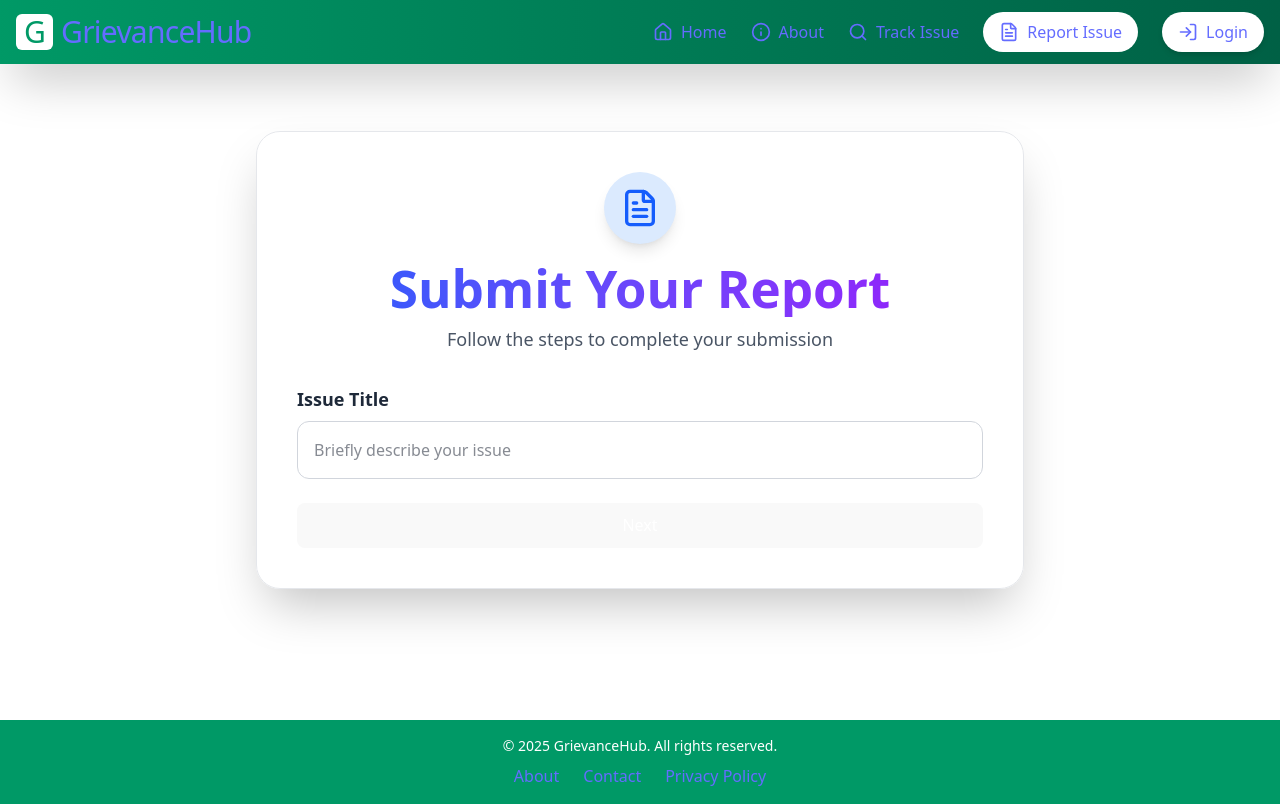
Repository: Aishi4/Grievance-Hub
Page: /report (app in my-vite-Griv/)
An editor plug-in stored every save of this project. The page is shown before and after a run of saves, followed by the edit.
The browser window is 1280 px wide. The pictures show the whole page.
The project was rebuilt for these pictures with package versions that can differ from the ones it lists, and the page was loaded fresh each time. Also part of the build but not shown: my-vite-Griv/vite.config.js, my-vite-Griv/src/Home.jsx, my-vite-Griv/src/Report.jsx, my-vite-Griv/src/App.jsx, my-vite-Griv/src/About.jsx, my-vite-Griv/src/TrackIssue.jsx. Imported but missing from the stored project, and not drawn on this page: my-vite-Griv/supabase.

Above is the page before, as saved 2025-03-29 15:37:56.

After the next 3 saves:
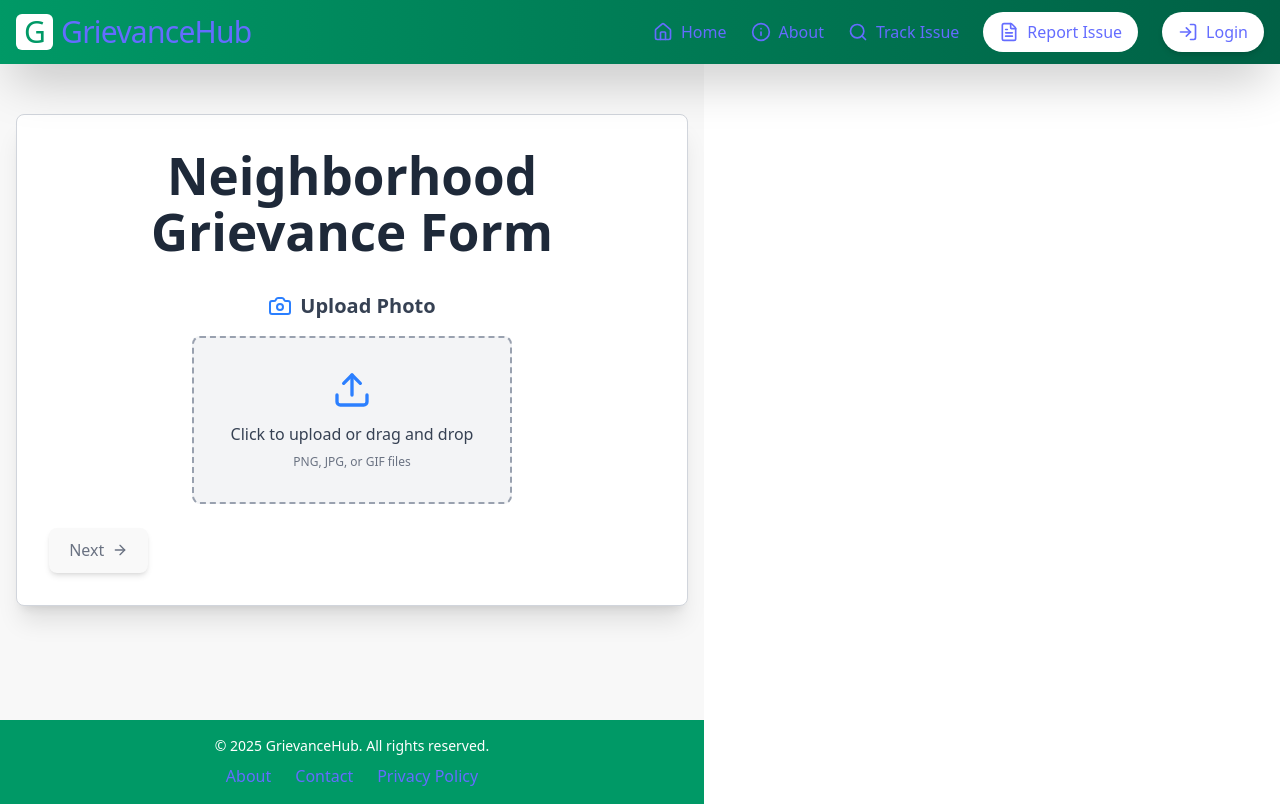
The 3 saves are shown as one change because they came seconds apart.
The last was saved 20 s later.
--- a/my-vite-Griv/src/main.jsx
+++ b/my-vite-Griv/src/main.jsx
@@ -15,7 +15,7 @@ const router = createBrowserRouter(
   createRoutesFromElements(
     <Route path='/' element={<Layout />}>
       <Route path="" element={<Home />} />
-      <Route path="report" element={<ReportSubmit />} />
+      <Route path="report" element={<UploadPhoto />} />
       <Route path="about" element={<About />} />
       <Route path="track" element={<TrackIssue />} />
 
